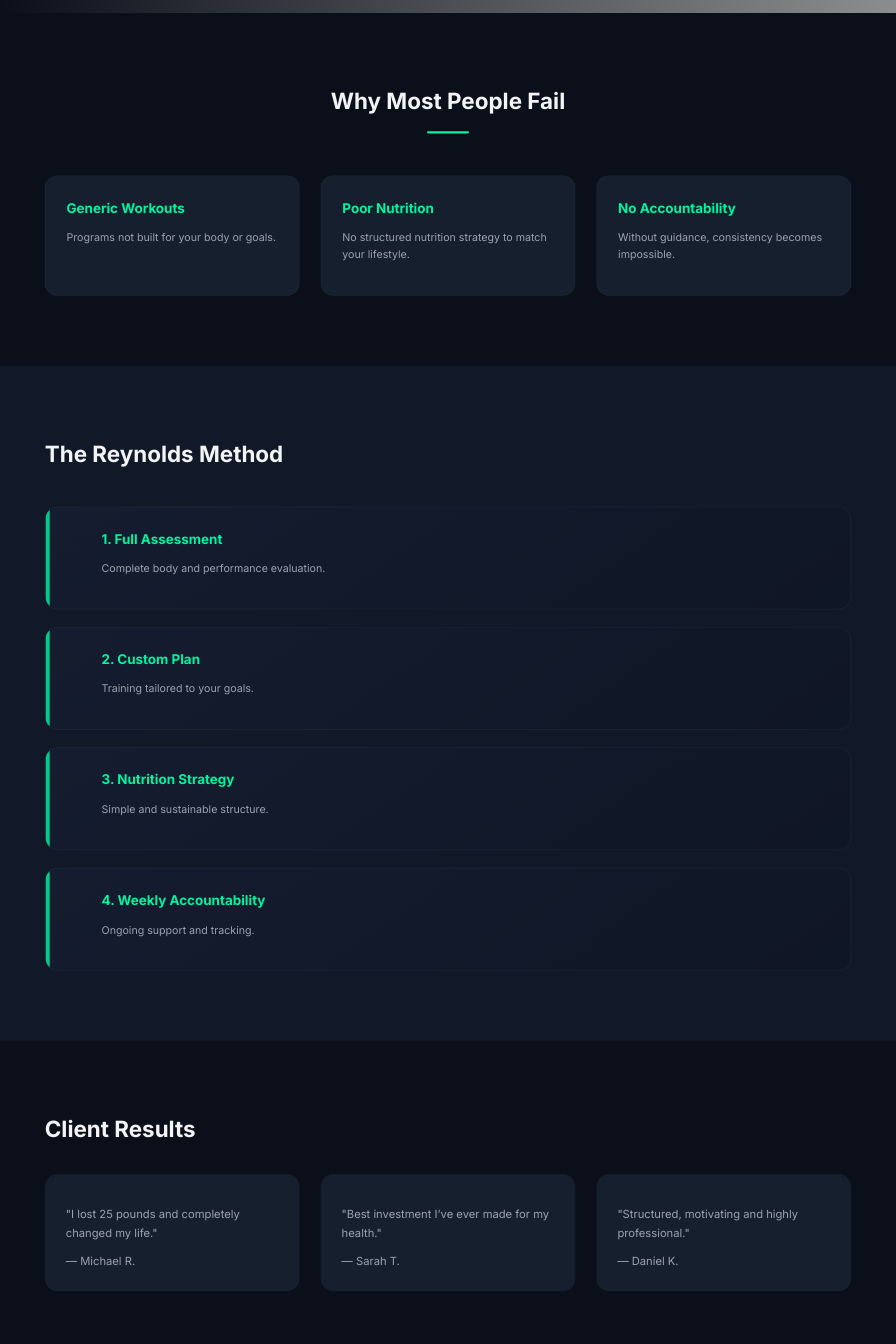
Repository: davidfsillva/Landing-page-pro
Page: index.html
The author's editor kept a copy of each file at every save. The page is drawn from the files as they stood at one save, then again after a run of saves.
The browser window is 1280 px wide. The pictures show the part of the page from y = 702 to 2622 px (the page is 3174 px tall before and 3820 px after), at 70% of full size.
Pictures or frames that could not be fetched are drawn as grey boxes.

Above is the page before, as saved 2026-02-25 19:16:23.

After the next 2 saves:
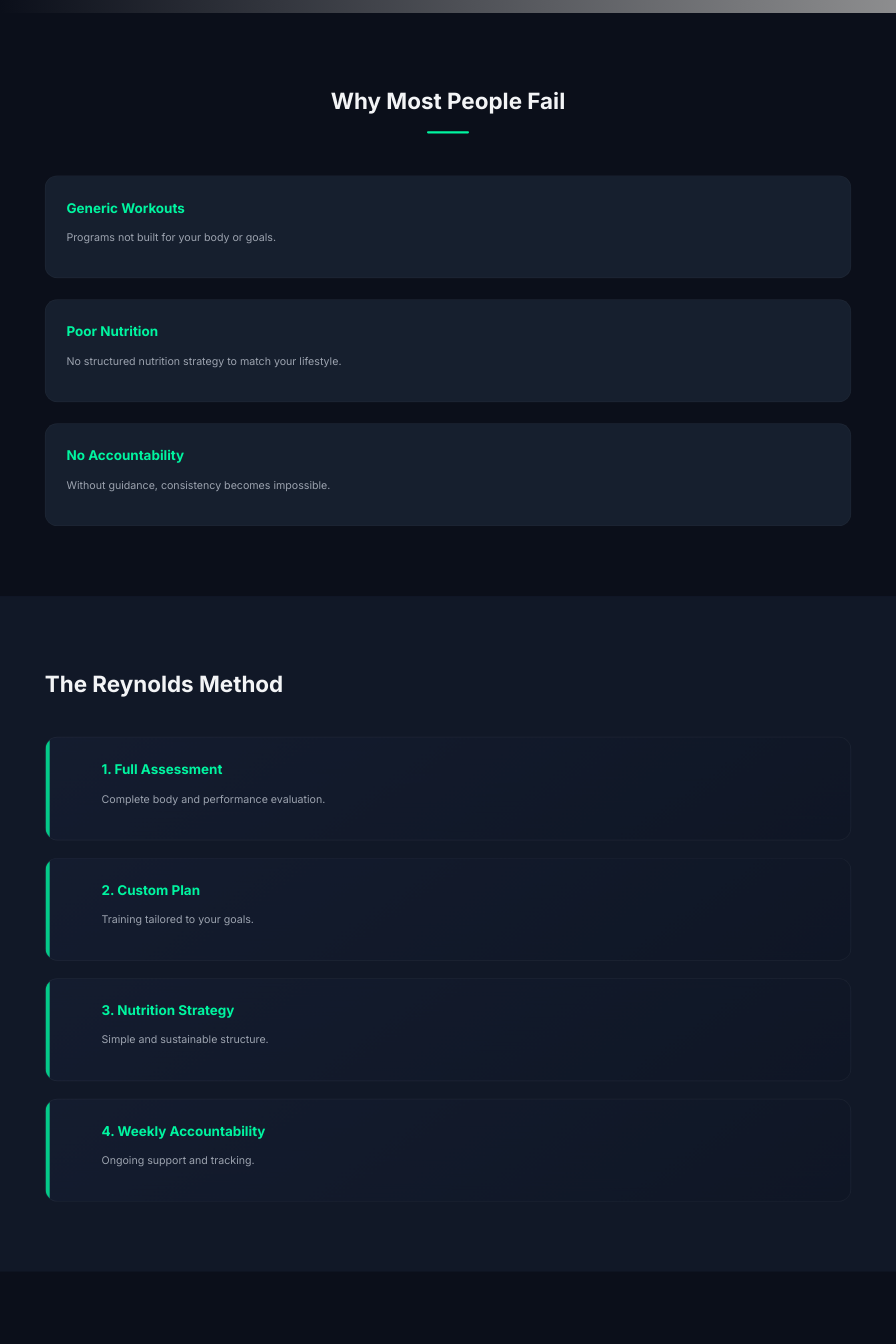
The 2 saves are shown as one change because they came seconds apart.
The last was saved 5 min 25 s later.
--- a/style.css
+++ b/style.css
@@ -406,7 +406,7 @@ p {
 /* RESPONSIVE */
 @media (min-width: 768px) {
     .grid-3 {
-        grid-template-columns: repeat(3, 1fr);
+        grid-template-columns: 1fr;
     }
 }
 
